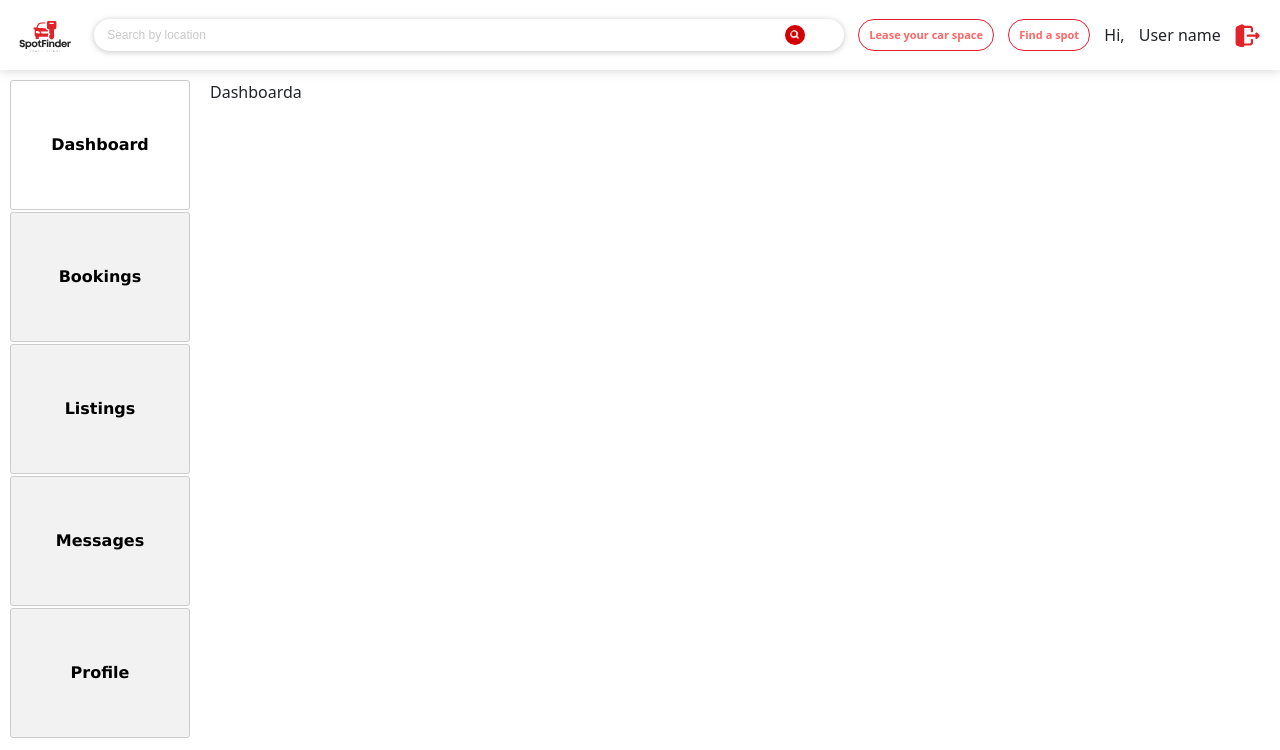
Repository: UNSWSpotFinder/SpotFinder
Page: /dashboard (app in frontend/)
These files come from the project's save history. The page is drawn as it stood at one moment and after the next save; the edit follows.
The browser window is 1280 px wide. The pictures show the whole page.
The project was rebuilt for these pictures with package versions that can differ from the ones it lists, and the page was loaded fresh each time. Also part of the build but not shown: frontend/src/Login.css, frontend/src/Login.jsx, frontend/src/Regist.css, frontend/src/Regist.jsx, frontend/src/HomePage.jsx, frontend/src/App.css, frontend/src/components/Bookings.jsx, frontend/src/components/Listings.jsx and 2 more.

Above is the page before, as saved 2024-03-09 20:51:36.

### frontend/src/App.jsx
import logo from './logo.svg';
import React, {
  useState,
  useEffect,
  useRef,
  ChangeEvent,
  LabelHTMLAttributes,
  createContext,
  useContext,
  ReactNode,
} from 'react';
import {HomePageLarge,HomePageAdminSmall,HomePageAdminLarge,HomePageSmall} from './HomePage';
import { ErrorProvider, GlobalSnackbar, ErrorContext } from './API';
import { BrowserRouter, Routes, Route, Link } from 'react-router-dom';
import './App.css';

// 导入Dashboard相关页面组件
import DashboardTop from './components/DashboardTop';
import Dashboard from './components/Dashboard';
import Bookings from './components/Bookings';
import Listings from './components/Listings';
import Profile from './components/Profile';
import Messages from './components/Messages';

function App() {
  const [windowWidth, setWindowWidth] = useState(window.innerWidth);
  useEffect(() => {
    // 添加一个事件监听器，以便在窗口大小改变时更新windowWidth状态
    const handleResize = () => {
      setWindowWidth(window.innerWidth);
    };
    window.addEventListener('resize', handleResize);
    // 清除事件监听器以避免内存泄漏
    return () => {
      window.removeEventListener('resize', handleResize);
    };
  }, []);
  let layoutComponentHost;
  let LayoutComponentHome;
  let LayoutDetail;
  if (windowWidth > 760) {
    layoutComponentHost = null;
    LayoutComponentHome = <HomePageLarge/>;
    LayoutDetail = null;
  } else {
    layoutComponentHost = null;
    LayoutComponentHome = <HomePageSmall/>;;
    LayoutDetail = null;
  }
  return(
    <ErrorProvider>
      <GlobalSnackbar/>
        <BrowserRouter>
          <Routes>
            <Route path="/user/*" element={LayoutComponentHome} />
            {/* DashboardTop作为父路由 */}
            <Route path="/dashboard" element={<DashboardTop />}>
            <Route index element={<Dashboard />} />
            <Route path="bookings" element={<Bookings />} />
            <Route path="listings" element={<Listings />} />
            <Route path="messages" element={<Messages />} />
            <Route path="profile" element={<Profile />} />
          </Route>
            {/* Keep the wildcard route to catch all and render Home */}
            <Route path="/*" element={LayoutComponentHome} />
          </Routes>
        </BrowserRouter>
    </ErrorProvider>
  )
}

export default App;

### frontend/src/API.jsx
import Alert from '@mui/material/Alert';
import Snackbar from '@mui/material/Snackbar';
import Button from '@mui/material/Button';
import Stack from '@mui/material/Stack';
import React, { useState, useEffect, createContext,useContext } from 'react';

import { styled } from '@mui/material';
const port = '8080';
export const meetErrorLog = (error) => {
    console.log(error);
    let errorText = '';
    // switch case to show the error
    switch (error) {
      case 'info':
        errorText = 'Invalid username or password !';
        break;
      case 'access':
        errorText = 'No permission, please log in first!';
        break;
      default:
        errorText = 'Network error! Please try again.';
        break;
    }
    return errorText;
  };
export const ErrorContext = createContext({
    snackbarData: { severity: 'info', message: '1',timestamp: new Date().getTime()},
    setOpenSnackbar: () => {}, // 提供一个空函数避免调用时出错
  });
export const useError = () => useContext(ErrorContext);
export const ErrorProvider = ({ children }) => {
  const [snackbarData, setSnackbarData] = useState({
    severity: 'success',
    message: '',
    timestamp: new Date().getTime()
  });
  const setOpenSnackbar = (data) => {
    setSnackbarData(data);
  };
  return (
    <ErrorContext.Provider value={{snackbarData,setOpenSnackbar}}>
      {children}
    </ErrorContext.Provider>
  );
};
// The message to be displayed in the Snackbar
export const GlobalSnackbar = () => {
const { snackbarData, setOpenSnackbar } = useError();
// State to manage the visibility of the Snackbar
const [open, setOpen] = useState(false);
  useEffect(() => {
    console.log('Alert severity:', snackbarData.severity);
    console.log('Alert :', snackbarData.message);
    if (snackbarData.message) {
      setOpen(true);
    }
  }, [snackbarData.message, snackbarData.timestamp]);

  const handleClose = (event, reason) => {
    if (reason === 'clickaway') {
      return;
    }
    setOpen(false);
  };

return (
    // Snackbar component with automatic hiding and custom styling
    <Snackbar open={open} autoHideDuration={6000} onClose={handleClose}>
        <Alert onClose={handleClose} severity={snackbarData.severity}>
        {snackbarData.message}
        </Alert>
  </Snackbar>
);
};
export const callAPIsendEmailCode = (path,input)=>{
    return new Promise((resolve, reject) =>{
        fetch('http://localhost:'+String(port)+'/'+String(path),{
        method:'POST',
        headers: { 'Content-Type': 'application/json' },
        body:JSON.stringify(input),
        })
        .then((response)=>{
            if(response.ok){
                console.log('success');
                console.log(response);
                return resolve(response);
            }
            else if (response.status===400){
                const errorReason = 'Email not correct!';
                return reject(errorReason);
            }
            else{
                const errorReason = 'There is a problem with the network connection!';
                return reject(errorReason);
            }
        })
        .catch((error)=>{
            console.log(error);
        })
    })

}
export const callAPIverifyEmailCode = (path,input)=>{
    return new Promise((resolve, reject) =>{
        console.log(input);
        console.log('http://localhost:'+String(port)+'/'+String(path));
        fetch('http://localhost:'+String(port)+'/'+String(path),{
        method:'POST',
        headers: { 'Content-Type': 'application/json' },
        body:JSON.stringify(input),
        })
        .then((response)=>{
            if(response.ok){
                console.log('success');
                return resolve(response.json());
            }
            else if (response.status===400){
                const errorReason = 'Incorrect verification code.';
                return reject(errorReason);
            }
            else{
                const errorReason = 'There is a problem with the network connection!';
                return reject(errorReason);
            }
        })
        .catch((error)=>{
            console.log(error);
        })
    })

}
export const callAPIloginUser=(path,input)=>{

}
// 用户注册
export const callAPIRegistUser=(path,input)=>{
     return new Promise((resolve, reject) =>{
        console.log(input);
        console.log('http://localhost:'+String(port)+'/'+String(path));
        fetch('http://localhost:'+String(port)+'/'+String(path),{
        method:'POST',
        headers: { 'Content-Type': 'application/json' },
        body:JSON.stringify(input),
        })
        .then((response)=>{
            if(response.ok){
                console.log('success');
                return resolve(response.json());
            }
            else if (response.status===417){
                const errorReason = 'This email has been registed!';
                return reject(errorReason);
            }
            else{
                const errorReason = 'There is a problem with the network connection!';
                return reject(errorReason);
            }
        })
        .catch((error)=>{
            console.log(error);
        })
    })
}
// 用户登录
export const callAPILoginUser=(path,input)=>{
    return new Promise((resolve, reject) =>{
       console.log(input);
       console.log('http://localhost:'+String(port)+'/'+String(path));
       fetch('http://localhost:'+String(port)+'/'+String(path),{
       method:'POST',
       headers: { 'Content-Type': 'application/json' },
       body:JSON.stringify(input),
       })
       .then((response)=>{
           if(response.ok){
               console.log('success');
               return resolve(response.json());
           }
           else if (response.status===401){
               const errorReason = 'Username does not exist or password is incorrect!';
               return reject(errorReason);
           }
           else{
               const errorReason = 'There is a problem with the network connection!';
               return reject(errorReason);
           }
       })
       .catch((error)=>{
           console.log(error);
       })
   })
}
// 密码修改
export const callAPIResetPwdUser=(path,input)=>{
    return new Promise((resolve, reject) =>{
       console.log(input);
       console.log('http://localhost:'+String(port)+'/'+String(path));
       fetch('http://localhost:'+String(port)+'/'+String(path),{
       method:'POST',
       headers: { 'Content-Type': 'application/json' },
       body:JSON.stringify(input),
       })
       .then((response)=>{
           if(response.ok){
               console.log('success');
               return resolve(response.json());
           }
           else if (response.status===401){
               const errorReason = 'Username does not exist or password is incorrect!';
               return reject(errorReason);
           }
           else{
               const errorReason = 'There is a problem with the network connection!';
               return reject(errorReason);
           }
       })
       .catch((error)=>{
           console.log(error);
       })
   })
}

### frontend/src/components/DashboardTop.jsx
import React from 'react';
import { NavLink, Outlet } from 'react-router-dom';
import './DashboardTop.css';
import '../HomePage.css';

const DashboardTop = () => {
  return (
    <div className="dashboard-top">
      <div className="Navbar">
        {/* Logo图像 */}
        <img src='/img/LOGO.svg' className='Applogo'></img>
        {/* 搜索区域 */}
        <div className='SearchPart'>
          <img className='searchbtn' src='/img/search.png'></img>
          <input className='Searchbar' placeholder='Search by location'></input>
        </div>
        <button className='top-button'>Lease your car space</button>
        <button className='top-button'>Find a spot</button>
        <span>Hi, </span>
        <span>User name </span>
        <button className="button-with-image">
          <img src='/img/SignOut.svg' alt='Sign Out' className='sign-out-img' />
        </button>
      </div>

      {/* Top以下区域 */}
      <div className="content-area">
        {/* 侧边栏 */}
        <div className="side-nav">
          <NavLink to="/dashboard" className={({ isActive }) => isActive ? 'side-nav-spcific active' : 'side-nav-spcific'} end>Dashboard</NavLink>
          <NavLink to="/dashboard/bookings" className={({ isActive }) => isActive ? 'side-nav-spcific active' : 'side-nav-spcific'}>Bookings</NavLink>
          <NavLink to="/dashboard/listings" className={({ isActive }) => isActive ? 'side-nav-spcific active' : 'side-nav-spcific'}>Listings</NavLink>
          <NavLink to="/dashboard/messages" className={({ isActive }) => isActive ? 'side-nav-spcific active' : 'side-nav-spcific'}>Messages</NavLink>
          <NavLink to="/dashboard/profile" className={({ isActive }) => isActive ? 'side-nav-spcific active' : 'side-nav-spcific'}>Profile</NavLink>

        </div>
        {/* 主要内容区域 */}
        <div className="main-content">
          <Outlet />
        </div>
      </div>
    </div>
  );
};

export default DashboardTop;

### frontend/src/components/Dashboard.jsx
import React from 'react';
import DashboardTop from './DashboardTop';

const Dashboard = () => {
  // 组件的状态和逻辑

  return (
    <div className='Dashboard'>
      {/* 组件的JSX结构 */}
      Dashboarda
    </div>
  );
}

export default Dashboard;

### frontend/src/HomePage.css
.HomeOverall {
    width: 100%;
    height: 100%;
    margin: 0px;
    padding: 0px;
    display: flex;
    flex-direction: column;
    align-items: center;
}
div.Navbar{
    width: 100%;
    height: 70px;
    margin: 0px 0px 0px 0px;
    padding: 0px 10px 0px 0px;
    display: flex;
    align-items: center;
    justify-content: space-between;
    box-shadow: 0px 0px 10px 0px rgba(164, 164, 164, 0.5);
}
div.SearchPart{
    width: calc(100% - 520px);
    min-width: 200px;
    height: 100%;
    margin: 0px;
    padding: 0px;
    display: flex;
    justify-content: center;
    align-items: center;
    align-content: center;
    flex-direction: row;
}
div.SearchPartsmall{
    width: calc(100% - 320px);
    height: 100%;
    margin: 0px;
    padding: 0px;
    display: flex;
    justify-content: center;
    align-items: center;
    align-content: center;
    flex-direction: row;
}
input.Searchbar{
    width: 100%;
    border-radius: 25px;
    padding-left: 13px;
    height: 45%;
    border: 0px;
    transition: box-shadow 0.3s;
    box-shadow: 0px 1px 5px 1px rgba(170, 170, 170, 0.5);
    position: relative;
    font-size: 12px;
    font-family:Arial, Helvetica, sans-serif;
}
input.Searchbar::placeholder{
    color: rgb(200, 200, 200);
}
img.searchbtn{
    border-radius: 20px;
    width: 20px;
    height: 20px;
    margin: 0px 0px 0px 10px;
    padding: 5px;
    right: 475px;
    position: absolute;
    z-index: 1;
    background-color: rgb(210, 0, 0);
    cursor: pointer;
}
img.searchbtnsmall{
    border-radius: 20px;
    width: 20px;
    height: 20px;
    margin: 0px;
    padding: 5px;
    right: 260px;
    position: absolute;
    z-index: 1;
    background-color: rgb(210, 0, 0);
    cursor: pointer;
}
input.Searchbar:hover{
    box-shadow: 0px 1px 10px 1px rgba(164, 164, 164, 0.5);
}
img.searchbtn:hover + .Searchbar {
    box-shadow: 0px 1px 10px 1px rgba(164, 164, 164, 0.5);
}
img.searchbtnsmall:hover + .Searchbar {
    box-shadow: 0px 1px 10px 1px rgba(164, 164, 164, 0.5);
}
button.newspace{
    border-radius: 30px;
    min-width: 200px;
    max-width: 200px;
    font-weight: bold;
    border: 0px;
    margin-left: 20px;
    height: 50%;
    background-color: rgb(250, 250, 250);
    border: 1px solid rgb(230, 230, 230);
    color: rgb(114, 114, 114);
    transition: 0.3s;
    font-size: 12px;
    cursor: pointer;
}
button.newspace:hover{
    color: rgb(0, 0, 0);
    background-color: rgb(230, 230, 230);
}
div.signwarper{
    margin: 0px 10px 0px 0px;
    height: 100%;
    display: flex;
    align-items: center;
}
button.sign{
    border-radius: 5px;
    width: 100px;
    font-weight: bold;
    border: 0px;
    margin-left:15px;
    height: 50%;
    background-color: rgb(255, 255, 255);
    border: 1px solid rgb(0, 0, 0);
    transition: 0.3s;
    font-size: 12px;
    cursor: pointer;
}
button.sign:hover{
    background-color: rgb(230, 230, 230);
}
input:focus {
    outline: none;
}
img.Applogo{
    height: 100%;
    margin: 0px 0px 0px 10px;
}
p.image-container-title{
    font-weight: 800;
    font-family: Arial;
    position: absolute;
    top: calc(10vw); /* 根据需要调整 */
    left: 5%; /* 根据需要调整 */
    width: 60%;
    color: rgb(0, 0, 0); /* 文字颜色 */
}
p.image-container-title-small{
    font-weight: 800;
    font-size: 20px;
    font-family: Arial;
    position: absolute;
    top: calc(15vw); /* 根据需要调整 */
    left: 5%; /* 根据需要调整 */
    width: 60%;
    color: rgb(0, 0, 0); /* 文字颜色 */
}
p.image-container-sub{
    font-weight: 400;
    font-family: Arial;
    position: absolute;
    left: 5%; /* 根据需要调整 */
    color: rgb(0, 0, 0); /* 文字颜色 */
}
p.image-container-sub-small{
    font-size: 12px;
    font-weight: 400;
    width: 44%;
    top: calc(28vw);
    font-family: Arial;
    position: absolute;
    left: 5%; /* 根据需要调整 */
    color: rgb(0, 0, 0); /* 文字颜色 */
}
p.image-container-txt{
    font-weight: 200;
    font-family: Arial;
    position: absolute;
    left: 5%; /* 根据需要调整 */
    width: 40%;
    color: rgb(0, 0, 0); /* 文字颜色 */
}
p.image-container-txt-small{
    font-size: 12px;
    font-weight: 400;
    width: 40%;
    top: calc(42vw);
    font-weight: 200;
    font-family: Arial;
    position: absolute;
    left: 5%; /* 根据需要调整 */
    color: rgb(0, 0, 0); /* 文字颜色 */
}
@media (max-width: 1200px) {
    p.image-container-sub{
        font-size: 19.0px;
        top: calc(25vw); /* 根据需要调整 */
        width: 45%;
    }
    p.image-container-txt{
        font-size: 20px;
        top: calc(40vw); /* 根据需要调整 */
    }
    p.image-container-title{
        font-size: 30px;
    }
}
@media (min-width: 1200px) {
    p.image-container-sub{
        font-size: 25px;
        width: 40%;
        top: calc(24vw); /* 根据需要调整 */
    }
    p.image-container-txt{
        font-size: 25px;
        top: calc(38vw); /* 根据需要调整 */
    }
    p.image-container-title{
        font-size: 45px;
    }
}

div.FilterPart{
    height: 80px;
    width: 100%;
    padding: 5px;
    background-color: #f9f9f9;
    display: flex;
    justify-content: space-between;
    align-items:center;
}
div.FilterPart-small{
    height: 155px;
    width: 100%;
    background-color: #f9f9f9;
    display: flex;
    flex-direction: column;
    justify-content: space-between;
    padding: 10px 10px 10px 10px;
    border-bottom: 1px solid rgb(238, 238, 238);
}

div.filter-top{
    display: flex;
    align-items: center;
    justify-content: space-between;
}
div.inner-left{
    display: flex;
    flex-direction: column;
    height: 100%;
    margin-right: 20px;
}
select.mglr{
    margin: 0px 5px 0px 0px;
    width: 10%;
    min-width: 130px;
    height: 70%;
    font-size: 12px;
    border-radius: 20px;
}
select.mglr-s{
    margin: 0px 5px 5px 0px;
    width: 10%;
    min-width: 130px;
    font-size: 12px;
    border-radius: 20px;
}
select.mglr-r{
    margin: 0px 5px 0px 0px;
    width: 10%;
    min-width: 90px;
    height: 70%;
    font-size: 12px;
    border-radius: 20px;
}
select.mglr-s-r{
    margin: 0px 5px 0px 0px;
    width: 100px;
    min-width: 90px;
    height: 70%;
    font-size: 12px;
    border-radius: 20px;
}
.popular{
    background-color: white !important;
    color: black !important;
}
div.pricerange{
    display: flex;
    flex-direction: column;
    height: 100%;
    justify-content: center;
    align-items: center;
    padding: 0px;
    margin: 0px;
    margin-left: 5px;
    align-items: center;
}
label.pricerange{
    font-size: 13px;
    font-weight: 500;
    color: black;
    padding: 0px;
}
input.pricerange{
    width: 50px;
    height: 50%;
    font-size: 14px;
    border-radius: 10px;
    border-width: 1px;
    border-style: solid;
    border-color: rgb(0, 0, 0);
    margin: 0px;
    padding: 0px 5px;
}
label.pricerange-s{
    font-size: 15px;
    font-weight: 500;
    color: black;
    padding: 0px 5px 0px 0px;
}
input.pricerange-s{
    height: 60%;
    width: 60%;
    font-size: 16px;
    border-radius: 10px;
    border-width: 1px;
    border-style: solid;
    border-color: rgb(0, 0, 0);
    margin: 0px 5px 0px 0px;
    padding: 0px 5px;
}
.timechoice{
    width: 20%;
    margin: 0px 5px 0px 0px;
}
.timechoice-s{
    margin: 0px 10px;
    width: 40%;
}
div.hflex{
    display: flex;
    height: 100%;
    align-items: center;
}
button.selectcar{
    width: 140px;
    font-size: 10px;
    height: 50px;
    background-color: black;
    color: white;
    font-weight: 500;
    border: 0px;
    border-radius: 10px;
    transition: 0.3s;
    margin-left: 5px;
}
button.selectcar:hover{
    background-color: rgb(55, 55, 55);
    color: rgb(255, 255, 255);
}
div.marginLR{
    display: flex;
    margin: 0px 5px;
    width: 100%;
}
div.ListingPart{
    width: 100%;
    margin-top: 15px;
    margin-bottom: 15px;
    padding: 0px 0px 0px 10px;
    display: flex;
    flex-wrap: wrap;
}
div.SpaceOverall{
    height: 135px;
    box-shadow: 0px 0px 10px 0px rgba(164, 164, 164, 0.5);
    border-radius: 10px;
    display: flex;
    align-items: center;
    padding: 0px 7px;
    margin: 0px 10px 10px 0px;
}

@media (max-width: 800px) {
    div.SpaceOverall{
        width: calc(100vw - 15px);
        min-width: 385px;
    }
}

@media (max-width: 1200px) and (min-width:800px) {
    div.SpaceOverall{
        width: calc(50vw - 15px);
        min-width: 385px;
    }
}

@media (min-width: 1200px) {
    div.SpaceOverall{
        width: calc(33.33vw - 14px);
    }
}

img.spaceimg{
    border-radius: 12px;
    object-fit: cover;
}
div.info{
    height:90%;
    margin-left:10px ;
    width: 100%;
}
p.space-title{
    padding: 0px;
    margin: 0px;
    font-size: 16px;
    color: #555555;
}
p.space-price{
    padding: 0px;
    margin: 0px;
    font-size: 12px;
    margin-top: 4px;
    color: #7F7F7F;
}
p.space-location{
    padding: 0px;
    margin: 0px;
    font-size: 12px;
    margin-top: 2px;
    color: #7F7F7F;
}
p.space-type{
    padding: 0px;
    margin: 0px;
    font-size: 12px;
    margin-top: 2px;
    color: #7F7F7F;
    margin-bottom: 2px;
}
div.order-part{
    display: flex;
    margin-top: 7px;
}
img.order-times{
    width: 20px;
    height: 20px;
}
p.times{
    padding: 0px;
    margin: 0px 0px 0px 3px;
    font-size: 13px;
    color: #7F7F7F;
}
div.right-top{
    display: flex;
    flex-direction: row;
    justify-content: space-between;
    width: 100%;
}
div.right-bottom{
    display: flex;
    flex-direction: row;
    justify-content: space-between;
    width: 100%;
    height: 30px;
    margin-bottom: 5px;
}
div.rate-part{
    display: flex;
    justify-content: center;
}
img.rate-img{
    width: 20px;
    height: 20px;
    margin-right: 2px;
}
p.rate-txt{
    color: #333333;
    font-size: 14px;
    margin: 0px;
    padding: 0px;
}
button.specific-info{
    border: 0px;
    background-color:#E22229;
    border-radius: 5px;
    color: white;
    height: 30px;
    width: 180px;
    font-size: 12px;
    font-weight: 500;
    transition: 0.3s;
    margin: 1px 0px;
}
button.specific-info:hover{
    background-color:#ba191e;
}
div.filter-bottom{
    display: flex;
    align-items: center;
    justify-content: space-between;
}

### frontend/src/components/DashboardTop.css
/* DashboardTop.css */

/* 整体布局 */
.dashboard-top {
    display: flex;
    flex-direction: column;
    height: 100vh; /* 使布局填满整个视口高度 */
  }

/* 顶部导航部分 */
.top-button {
    padding: 7px 10px;
    border: 1px solid #e11e2c;
    border-radius: 25px;
    outline: none;
    background-color: #fff;
    cursor: pointer;
    box-shadow: none;
    transition: box-shadow 0.3s;
    font-size: 11px;
    color: #f66;
    font-weight: bold;
  }

.top-button:hover {
    box-shadow: 0 0 10px #f66; /* 鼠标悬停时的外部阴影 */
  }

.top-button:active {
    box-shadow: inset 0 0 10px #f66; /* 点击时的内部阴影 */
  }
.sign-out-img {
    height: 25px;
    margin-right: 10px;
  }

.button-with-image {
    background: none; /* 无背景 */
    border: none; /* 无边框 */
    padding: 0; /* 无内边距 */
  }

/* TODO: */
/* Top以下区域，包含侧边导航和主内容区 */
.content-area {
    display: flex;
    flex-grow: 1; /* 占据剩余空间 */
  }

/* 侧边导航样式 */
.side-nav {
    display: flex;
    flex-direction: column;
    width: 200px; /* 定宽 */

    padding: 10px; /* 内边距 */
  }

.side-nav-spcific {
    background-color: #f5f5f5; /* 浅色背景 */
    height: 130px;
    margin-bottom: 2px;
    border-radius: 3px; /* 圆角 */
    padding: 10px; /* 内边距 */
    border: 1px solid #cccccc; /* 添加边框 */
    background-color: #f2f2f2; /* 初始背景颜色 */
    cursor: pointer; /* 鼠标悬停时变为手形图标 */
    transition: background-color 0.3s, box-shadow 0.3s; /* 过渡动画效果 */
    display: flex; /* 使用flex布局 */
    align-items: center; /* 垂直居中 */
    justify-content: center; /* 水平居中 */
    font-weight: bold; /* 文字加粗 */
    font-family:'Lucida Sans', 'Lucida Sans Regular', 'Lucida Grande', 'Lucida Sans Unicode', Geneva, Verdana, sans-serif;
    text-decoration: none; /* 去除下划线 */
    color: black; /* 文字颜色，可以根据需求更改 */

  }
  /* 鼠标悬停时的样式 */
.side-nav-spcific:hover {
    background-color: #ffffff; /* 悬停时的背景颜色变为白色 */
    box-shadow: 0 0 10px rgba(0, 0, 0, 0.2); /* 悬停时的外部阴影效果 */
  }
  /* 点击时的样式 */
.side-nav-spcific:active {
    box-shadow: inset 0 0 10px rgba(0, 0, 0, 0.2); /* 点击时的内部阴影效果 */
  }

  /* 当前激活的导航项样式 */
.side-nav-spcific.active {
    background-color: #fff; /* 选中项的背景颜色 */
    /* 可以添加更多的样式来区分激活的导航项 */
  }

/* 主内容区域样式 */
.main-content {
    flex-grow: 1; /* 占据剩余空间 */
    padding: 10px; /* 内边距 */
  }

Loaded but not shown: frontend/public/index.html (common file); frontend/src/index.js (common file); frontend/src/index.css (common file); frontend/src/reportWebVitals.js (common file)

After the next save:
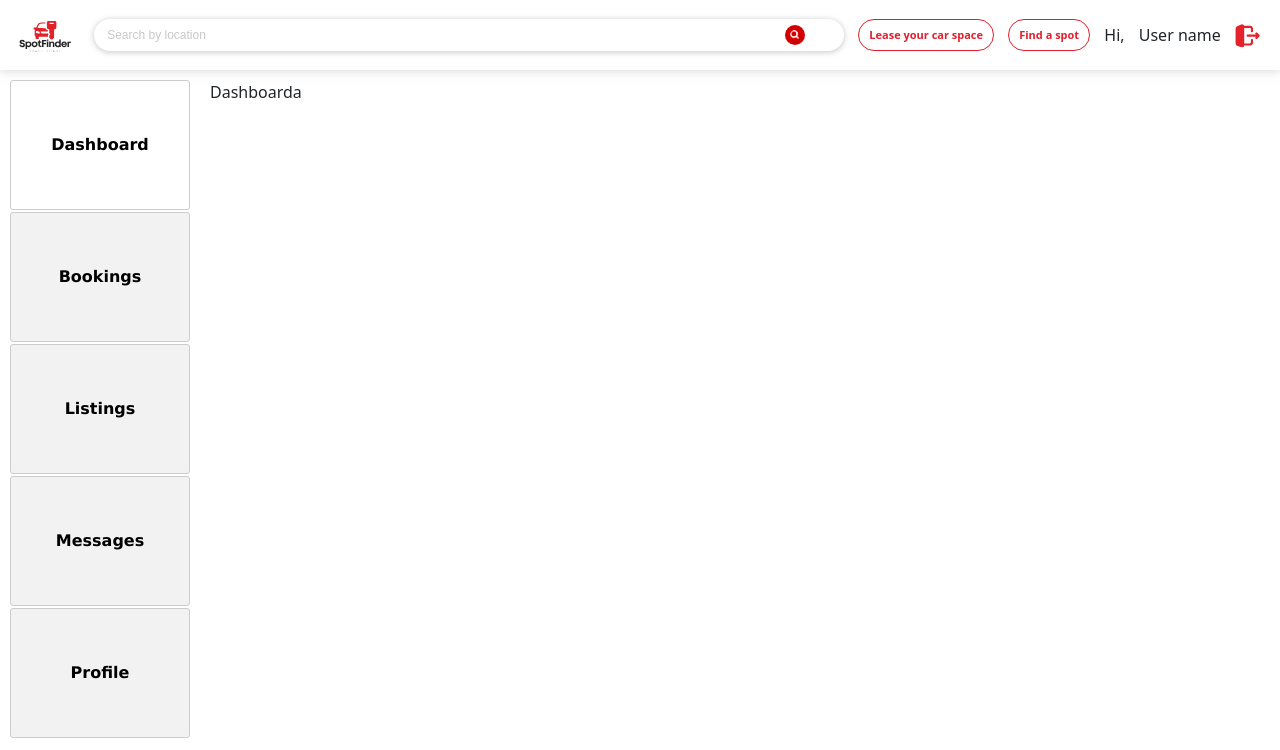
Saved 4 s later.
--- a/frontend/src/components/DashboardTop.css
+++ b/frontend/src/components/DashboardTop.css
@@ -18,7 +18,7 @@
     box-shadow: none;
     transition: box-shadow 0.3s;
     font-size: 11px;
-    color: #f66;
+    color: #e11e2c;
     font-weight: bold;
   }
 
